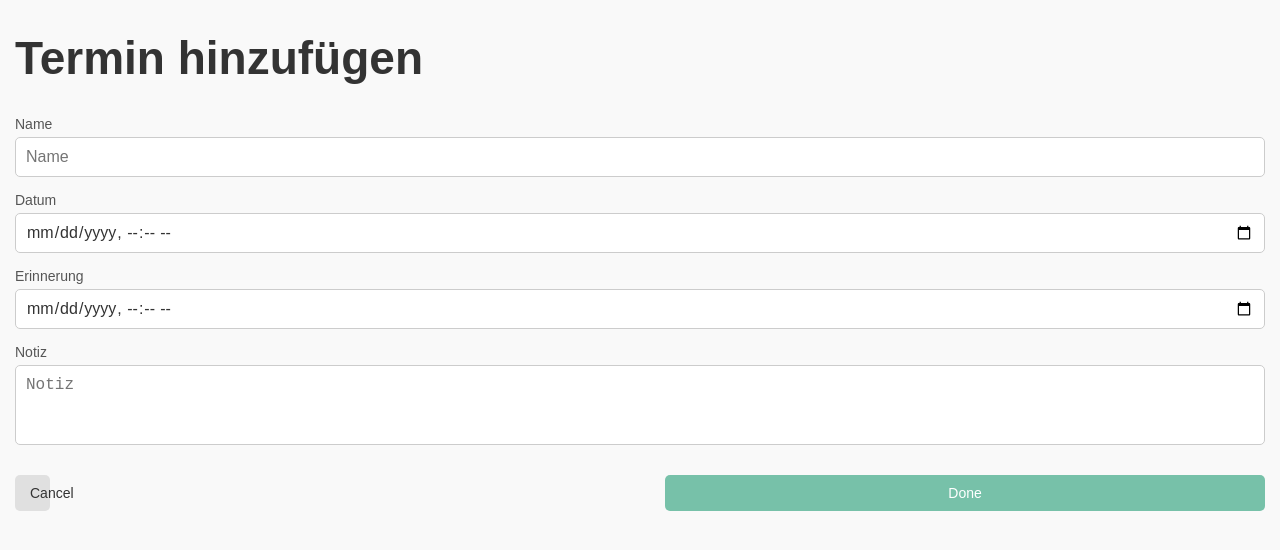
Repository: jakemoes/Pet-Tracker
Page: PWA/addAppointment.html
An editor plug-in stored every save of this project. The page is shown before and after the next save, followed by the edit.
The browser window is 1280 px wide. The pictures show the whole page.

Above is the page before, as saved 2024-12-06 19:55:43.

### PWA/addAppointment.html
<!DOCTYPE html>
<html lang="de">
<head>
    <meta charset="UTF-8">
    <meta name="viewport" content="width=device-width, initial-scale=1.0">
    <link rel="stylesheet" href="addAppointment.css">
    <title>Termin hinzufügen</title>
</head>
<body>
    <div class="form-container">
        <h1>Termin hinzufügen</h1>
        <form>
            <label for="name">Name</label>
            <input type="text" id="name" name="name" placeholder="Name">

            <label for="datum">Datum</label>
            <input type="datetime-local" id="datum" name="datetime">

            <label for="erinnerung">Erinnerung</label>
            <input type="datetime-local" id="erinnerung" name="erinnerung">

            <label for="notiz">Notiz</label>
            <textarea id="notiz" name="notiz" placeholder="Notiz"></textarea>

            <div class="button-container">
                <a href="appointment.html">
                <button type="button" onclick=""appointment.html" class="cancel-btn">Cancel</button>
                </a>
                <button type="submit" class="done-btn">Done</button>
            </div>
        </form>
    </div>
</body>
</html>

### PWA/addAppointment.css
body {
    font-family: Arial, sans-serif;
    margin: 0;
    padding: 0;
    background-color: #f9f9f9;
    width: 100%;
    overflow: hidden;
}

.container {
    max-width: 100%;
    max-height: 100%;
    margin-top: 15px;
    margin-right: 15px;
    margin-left: 15px;
}

header {
    display: flex;
    justify-content: space-between;
    align-items: center;
}

h1 {

    position: relative;
    font-size: 46px;
    text-align: left;
    margin-left: 15px;
    color: #333;

}

form {
    display: flex;
    flex-direction: column;
    width: 100%; /* Form nimmt die volle Breite der Webseite ein */
    padding: 0 15px; /* 15px Abstand an beiden Seiten */
    box-sizing: border-box; /* Padding wird in der Breitenberechnung berücksichtigt */
    max-width: 100%; /* Verhindert, dass das Formular breiter als der Bildschirm wird */
}

label {
    margin-bottom: 5px;
    color: #555;
    font-size: 14px;
}

input, textarea {
    margin-bottom: 15px; /* Abstand zwischen den Eingabefeldern */
    padding: 10px;
    border: 1px solid #ccc;
    border-radius: 5px;
    font-size: 16px;
    width: 100%; /* Eingabefelder und Textarea nehmen die volle Breite des Formulars ein */
    box-sizing: border-box; /* Padding und Border werden in der Breitenberechnung berücksichtigt */
}

textarea {
    resize: none;
    height: 80px;
}

input[type="datetime-local"] {
    font-family: Arial, sans-serif; /* Einheitliche Schriftart */
    font-size: 16px; /* Schriftgröße */
    color: #333; /* Textfarbe */
    background-color: #FFF; /* Hintergrundfarbe */
    border: 1px solid #ccc; /* Rahmen */
    border-radius: 5px; /* Abgerundete Ecken */
    padding: 10px; /* Innenabstand */
    box-sizing: border-box; /* Verhindert Überschreiten der Breite */
    width: 100%; /* Volle Breite */
    max-width: 100%; /* Maximalbreite verhindern */
    height: 40px;
    appearance: none; /* Entfernt die native Darstellung */
    text-align: left;
}

/* Anpassung für iOS Safari */
input[type="date"]::-webkit-calendar-picker-indicator {
    background: transparent; /* Hintergrund des Kalendersymbols */
    color: #333; /* Farbe des Symbols (falls sichtbar) */
    cursor: pointer; /* Cursor-Stil */
}

.button-container {
    display: flex;
    justify-content: space-between;
    width: 100%; /* Container für Buttons nimmt die volle Breite des Formulars ein */
    margin-top: 15px;
}

.cancel-btn, .done-btn {
    border: none;
    border-radius: 5px;
    padding: 10px 15px;
    font-size: 14px;
    cursor: pointer;
    width: 48%; /* Buttons nehmen jeweils 48% der Breite des Containers ein */
}

.cancel-btn {
    background-color: #e0e0e0;
    color: #333;
}

.done-btn {
    background-color: #77c1a9;
    color: #fff;
}

.cancel-btn:hover {
    background-color: #d6d6d6;
}

.done-btn:hover {
    background-color: #66b398;
}

After the next save:
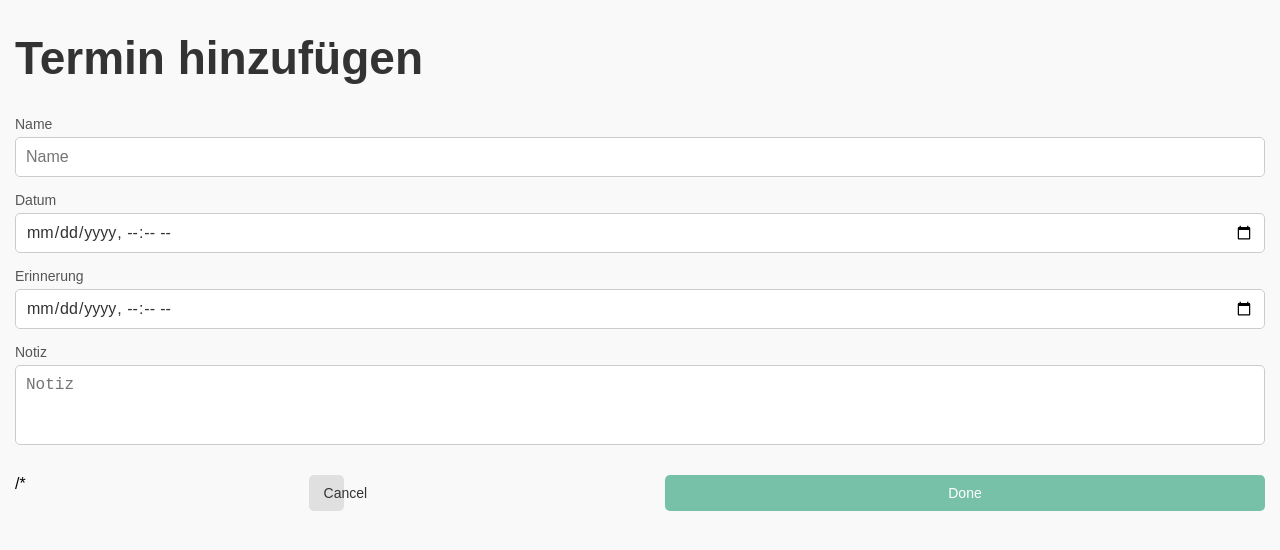
Saved 22 s later.
--- a/PWA/addAppointment.html
+++ b/PWA/addAppointment.html
@@ -23,7 +23,7 @@
             <textarea id="notiz" name="notiz" placeholder="Notiz"></textarea>
 
             <div class="button-container">
-                <a href="appointment.html">
+                /*<a href="appointment.html">
                 <button type="button" onclick=""appointment.html" class="cancel-btn">Cancel</button>
                 </a>
                 <button type="submit" class="done-btn">Done</button>
